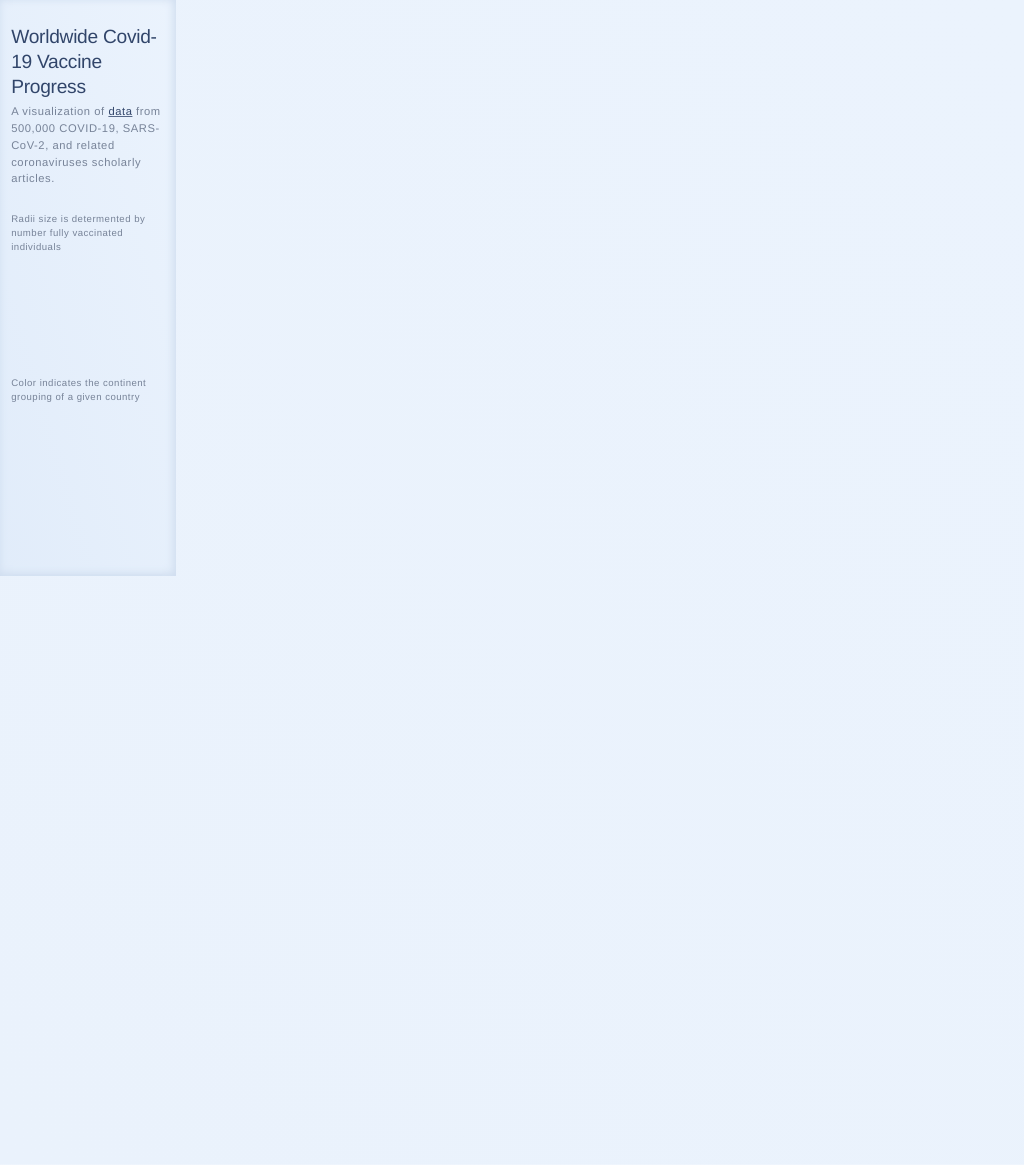
Repository: laurenharpole/May-Vaccine-Progress-Vis
Page: index.html
The author's editor kept a copy of each file at every save. The page is drawn from the files as they stood at one save, then again after the next save.
The browser window is 1280 px wide. The pictures show the whole page, at 80% of full size.
The page's requests for data from a server got no answer.

Above is the page before, as saved 2021-10-07 21:37:44.

After the next save:
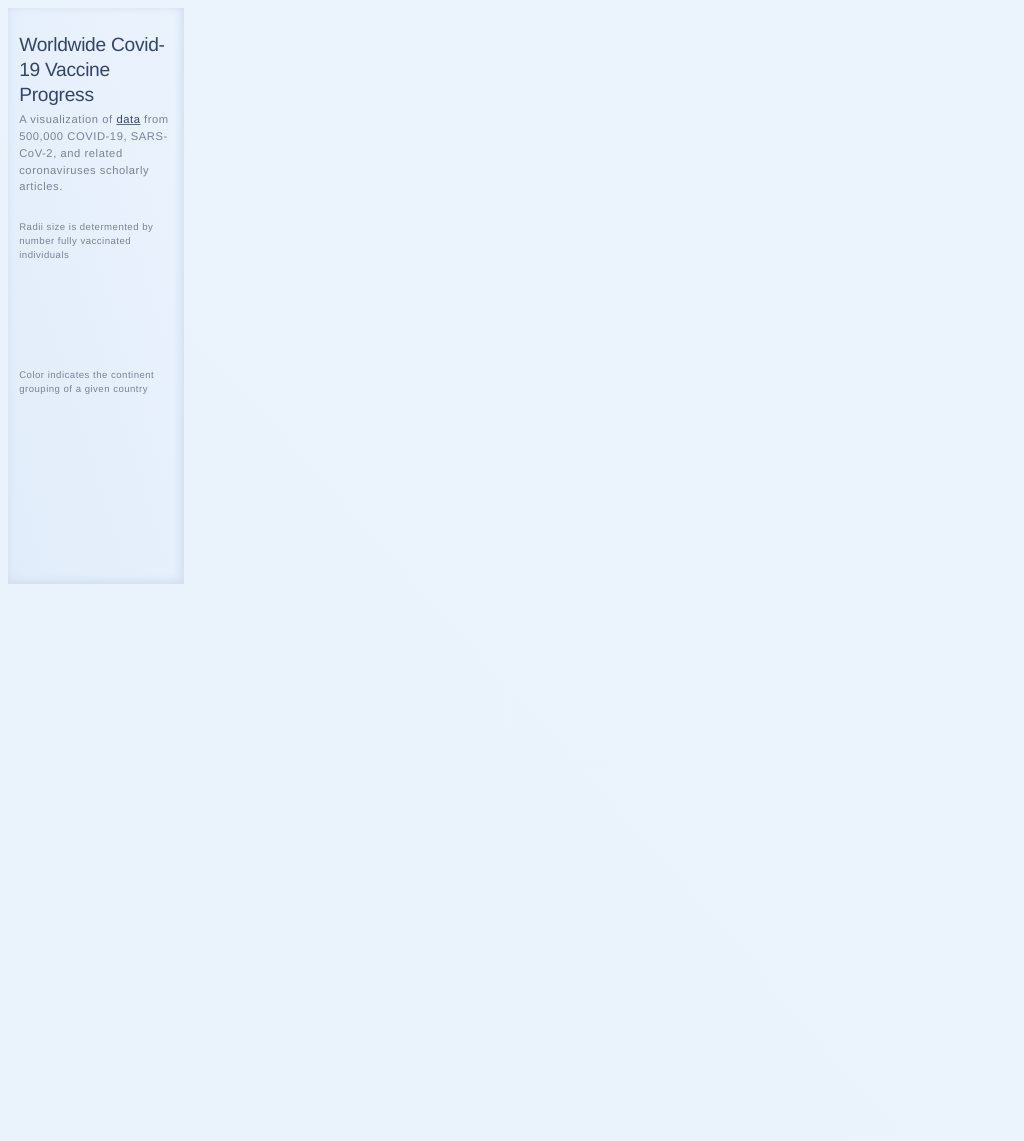
Saved 28 s later.
--- a/index.html
+++ b/index.html
@@ -10,7 +10,7 @@
       /* NOTE: CSS Styling Goes here */
        svg{
 
-        margin: 10px;
+
         margin-left: 100px;
       }
 
@@ -18,6 +18,7 @@
       body {
         background-image: linear-gradient(to left bottom, #ebf3fd, #eaf2fc);
         margin: 0;
+        margin: 10px;
       }
       /* side navigation background coloration */
       .col-dash {
